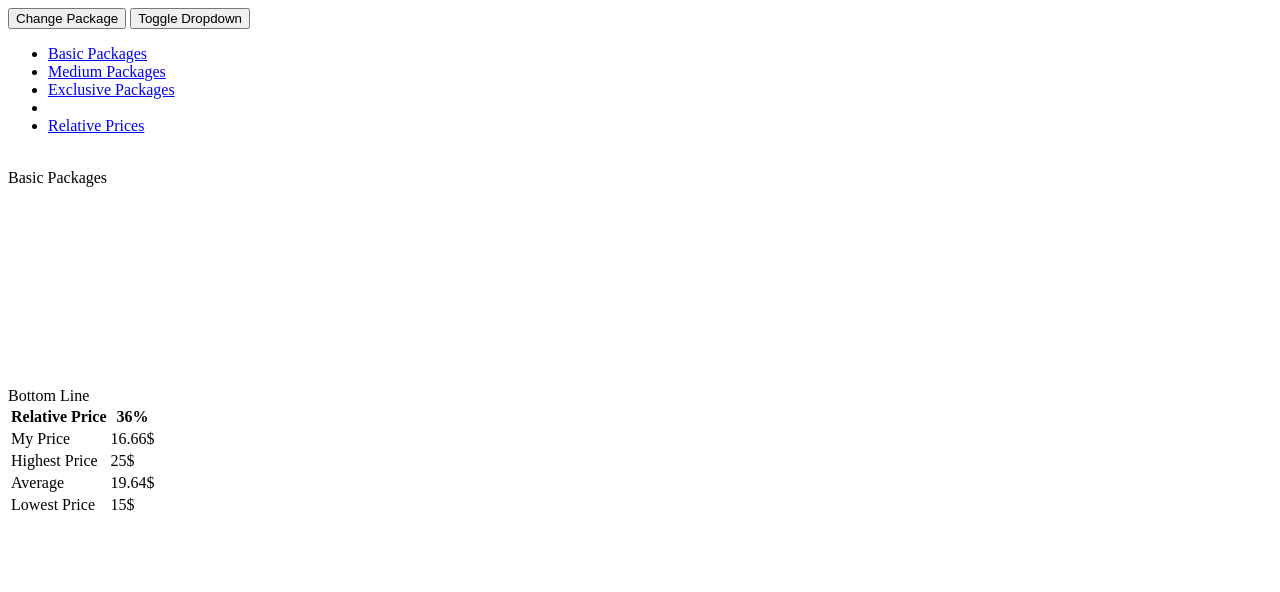
Repository: netaosman/Price-try-course
Page: prixceFrontEnd/src/main/webapp/Prixce_FrontEnd/HTML/Market/pricesPack/MedPackages.html
An editor plug-in stored every save of this project. The page is shown before and after the next save, followed by the edit.
The browser window is 1280 px wide. The pictures show the whole page.

Above is the page before, as saved 2017-09-24 16:10:43.

### prixceFrontEnd/src/main/webapp/Prixce_FrontEnd/HTML/Market/pricesPack/MedPackages.html
<!--  <p class="sub-header">Exclusive Packages</p>-->

<div class="container-fluid">
	<div class="dropdown">
		<!-- Split button -->
		<div class="btn-group">
			<button type="button" class="btn btn-default">Change Package</button>
			<button type="button" class="btn btn-default dropdown-toggle"
				data-toggle="dropdown" aria-haspopup="true" aria-expanded="false">
				<span class="caret"></span> <span class="sr-only">Toggle
					Dropdown</span>
			</button>
			<ul class="dropdown-menu">
				<li><a href="#/BasicPackages">Basic Packages</a></li>
				<li><a href="#/MedPackages">Medium Packages</a></li>
				<li><a href="#/HighPackages">Exclusive Packages</a></li>
				<li role="separator" class="divider"></li>
				<li><a href="#/RelativePrices">Relative Prices</a></li>
			</ul>
		</div>
	</div>
	<br>
	<div class="row placeholders">
		<div class="col-xs-12 col-md-8 col-lg-8" ng-controller="PricesMedCtrl">
			<div class="panel panel-default-1">
				<div class="panel-heading">Basic Packages</div>
				<div class="panel-body">
					<!-- <div class="panel-title">Prices</div> -->
					<canvas id="base" class="chart-horizontal-bar" chart-data="data"
						chart-labels="labels" chart-colors="colors" height="200">
                                </canvas>
				</div>
			</div>
		</div>
		<div class="col-xs-12 col-md-4 col-lg-4">
			<div class="panel panel-default-1">
				<div class="panel-heading">Bottom Line</div>
				<div class="panel-body">
					<table class="table">
						<thead>
							<tr>
								<th class="relative">Relative Price</th>
								<th class="relative-price">36%</th>
							</tr>
						</thead>
						<tbody>
							<tr>
								<td class="title-prices"><span
									class="glyphicon glyphicon-hand-right" aria-hidden="true"></span>
									My Price</td>
								<td class="prices">16.66$</td>
							</tr>
							<tr>
								<td class="title-prices"><span
									class="glyphicon glyphicon-hand-up" aria-hidden="true"></span>
									Highest Price</td>
								<td class="prices">25$</td>
							</tr>
							<tr>
								<td class="title-prices"><span
									class="glyphicon glyphicon-hand-left" aria-hidden="true"></span>
									Average</td>
								<td class="prices">19.64$</td>
							</tr>
							<tr>
								<td class="title-prices"><span
									class="glyphicon glyphicon-thumbs-down" aria-hidden="true"></span>
									Lowest Price</td>
								<td class="prices">15$</td>
							</tr>
						</tbody>

					</table>
				</div>
			</div>
		</div>
	</div>
</div>

After the next save:
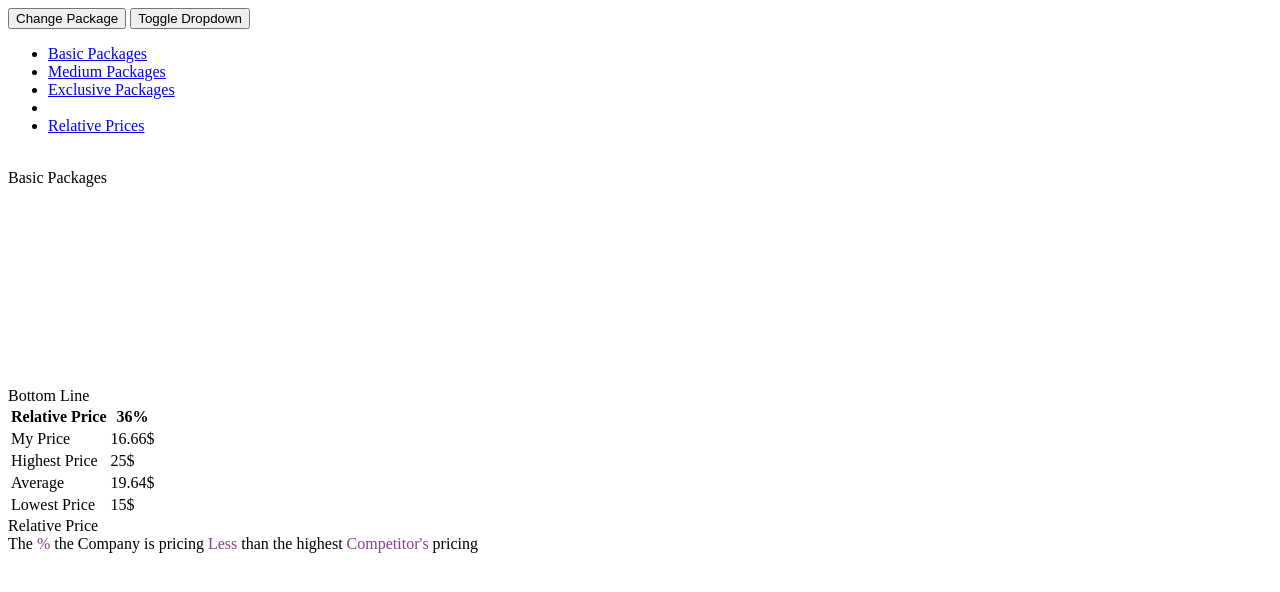
Saved 13 s later.
--- a/prixceFrontEnd/src/main/webapp/Prixce_FrontEnd/HTML/Market/pricesPack/MedPackages.html
+++ b/prixceFrontEnd/src/main/webapp/Prixce_FrontEnd/HTML/Market/pricesPack/MedPackages.html
@@ -74,5 +74,15 @@
 				</div>
 			</div>
 		</div>
+		<div class="col-xs-12 col-md-4 col-lg-4">
+			<div class="panel panel-default-1">
+				<div class="panel-title">Relative Price</div>
+				<div class="panel-body">
+					The <font color="#8a3e8e">%</font> the Company is pricing <font
+						color="#8a3e8e">Less</font> than the highest <font color="#8a3e8e">Competitor's</font>
+					pricing
+				</div>
+			</div>
+		</div>
 	</div>
 </div>
